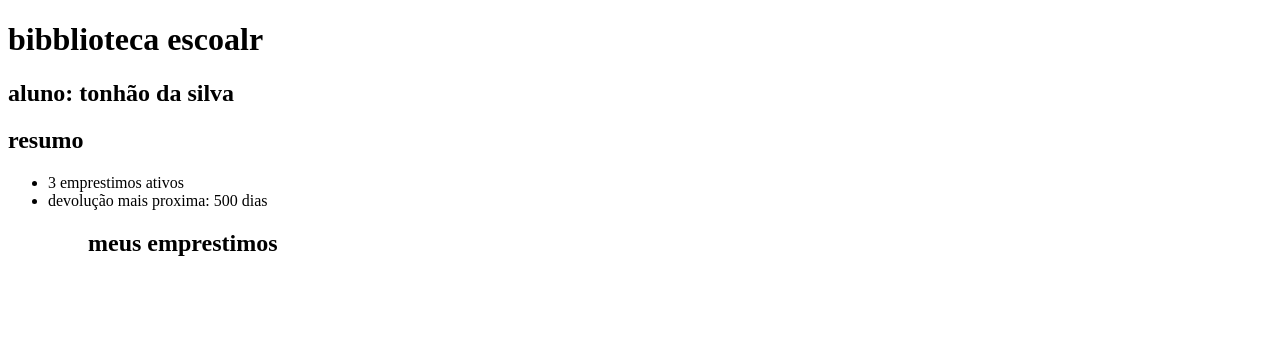
Repository: melloeduarda/html
Page: index.html
The author's editor kept a copy of each file at every save. The page is drawn from the files as they stood at one save, then again after a run of saves.
The browser window is 1280 px wide. The pictures show the whole page.

Above is the page before, as saved 2026-10-28 15:14:42.

After the next 2 saves:
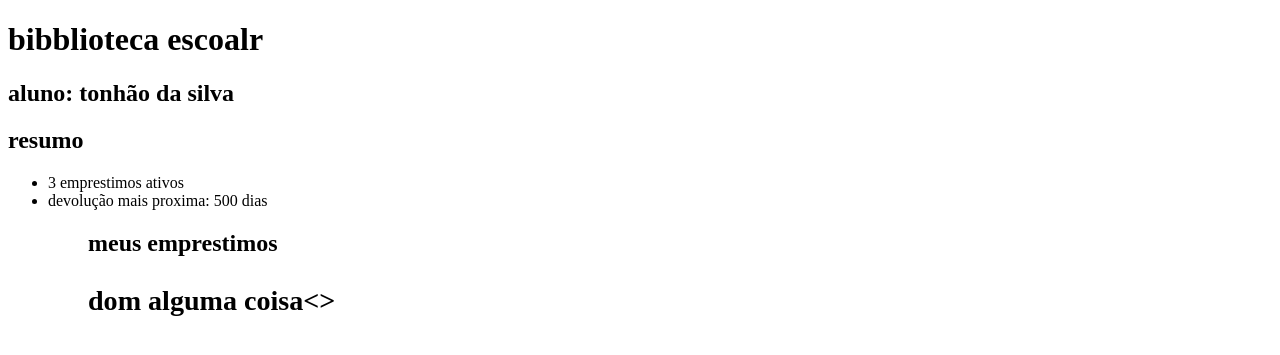
The 2 saves are shown as one change because they came seconds apart.
The last was saved 9 s later.
--- a/index.html
+++ b/index.html
@@ -20,4 +20,4 @@
     <ul>
 <h2>meus emprestimos<h2>
     <div class="card">
-        <h3>
+        <h3>dom alguma coisa<>
